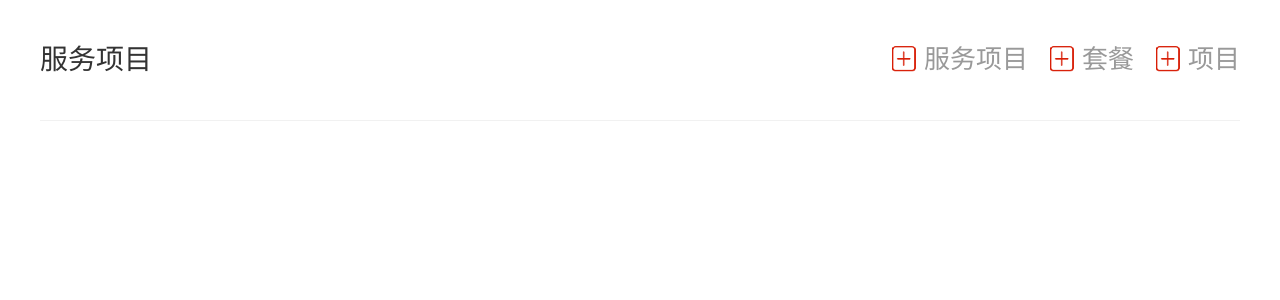
Repository: family-car/car
Page: maintenance.html
The author's editor kept a copy of each file at every save. The page is drawn from the files as they stood at one save, then again after the next save.
The browser window is 1280 px wide. The pictures show the whole page.

Above is the page before, as saved 2020-05-12 20:37:28.

After the next save:
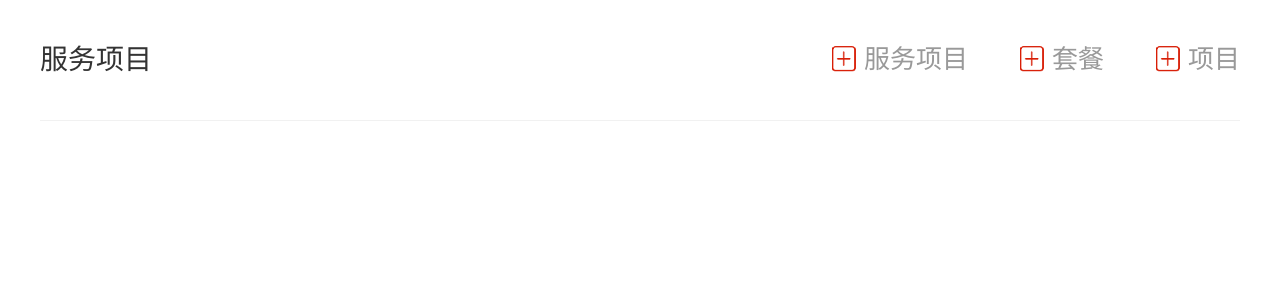
Saved 28 s later.
--- a/src/css/app/maintenance.css
+++ b/src/css/app/maintenance.css
@@ -24,5 +24,5 @@
     color: #333;
 }
 .serviceP_form .serviceP_form_item .serviceP_title_right{
-    padding-left: 20px;
+    padding-left: 50px;
 }
